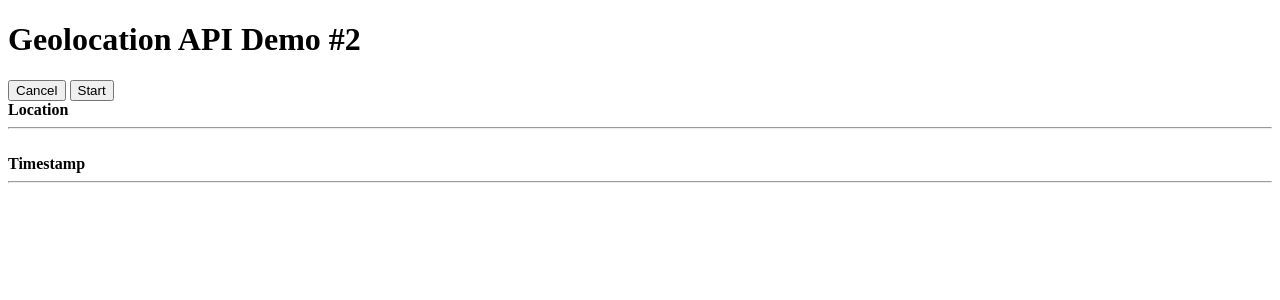
Repository: HILOLT/phonegap-demo
Page: Android/workspace/Geolocation2/assets/www/index.html
These files come from the project's save history. The page is drawn as it stood at one moment and after the next save; the edit follows.
The browser window is 1280 px wide. The pictures show the whole page.

Above is the page before, as saved 2012-08-26 12:22:47.

After the next save:
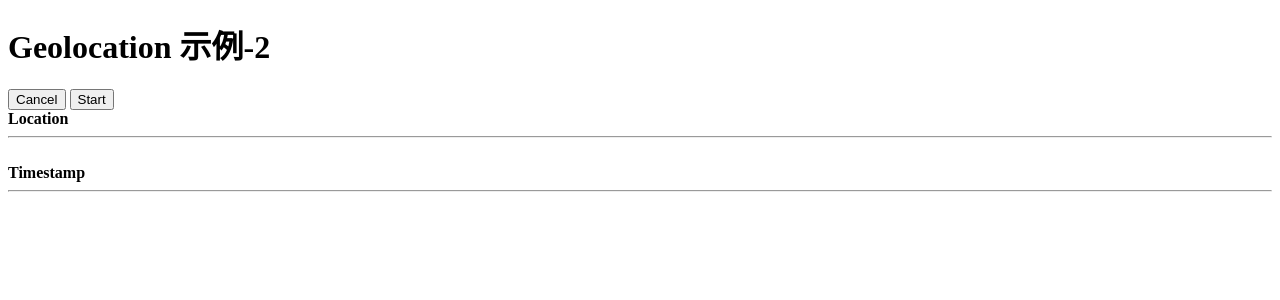
Saved 35 s later.
--- a/Android/workspace/Geolocation2/assets/www/index.html
+++ b/Android/workspace/Geolocation2/assets/www/index.html
@@ -72,7 +72,7 @@
     </script>
   </head>
   <body onload="onBodyLoad()">
-    <h1>Geolocation API Demo #2</h1>
+    <h1>Geolocation 示例-2</h1>
     <input type="button" value="Cancel" onclick="cancelWatch();" id="btnCancel">
     <input type="button" value="Start" onclick="startWatch();" id="btnStart">
     <br />
